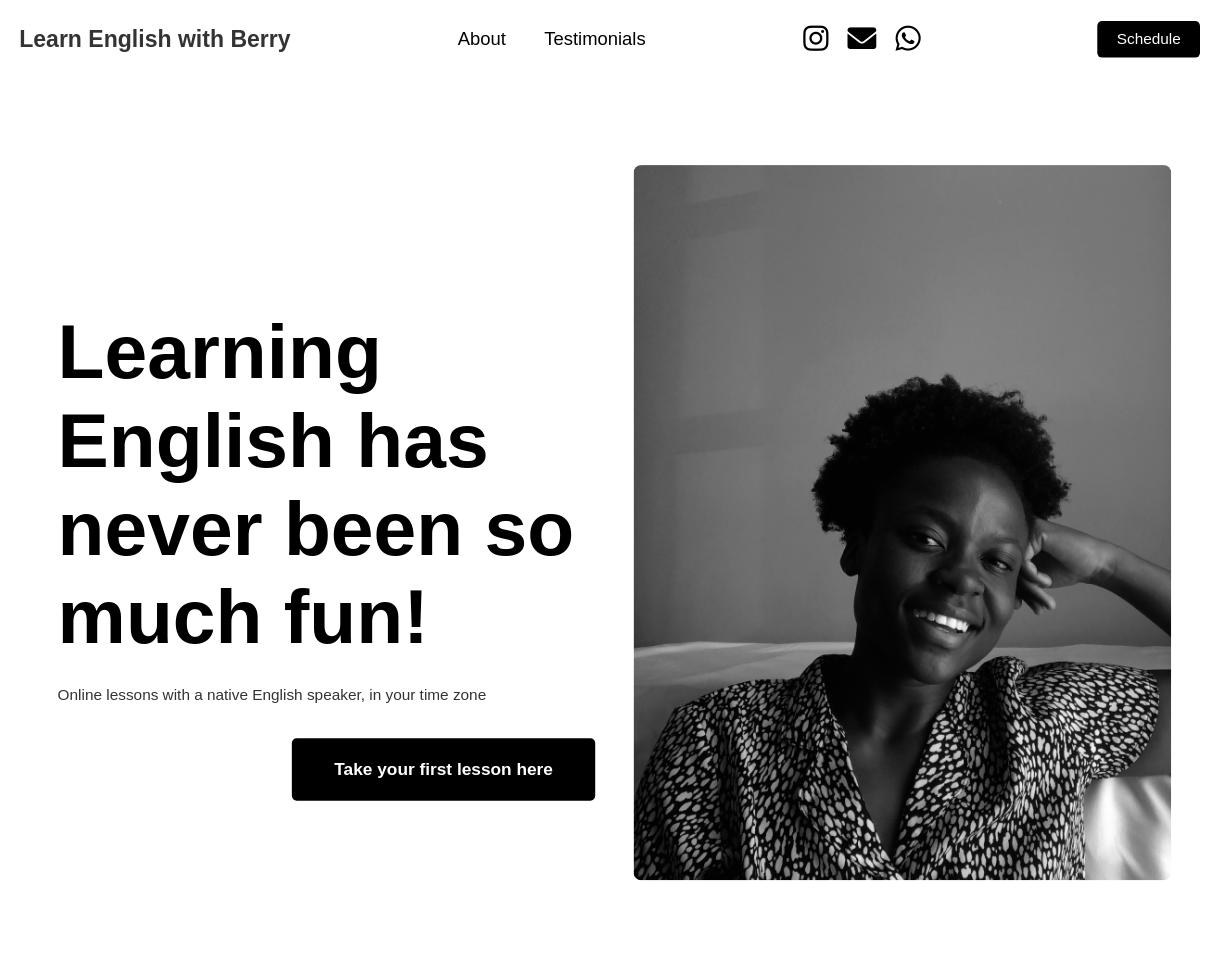
Repository: ntandomagana/esl-landing-page
Page: index.html
These files come from the project's save history. The page is drawn as it stood at one moment and after the next save; the edit follows.
The browser window is 1280 px wide. The pictures show the whole page, at 96% of full size.

Above is the page before, as saved 2024-07-17 13:42:05.

After the next save:
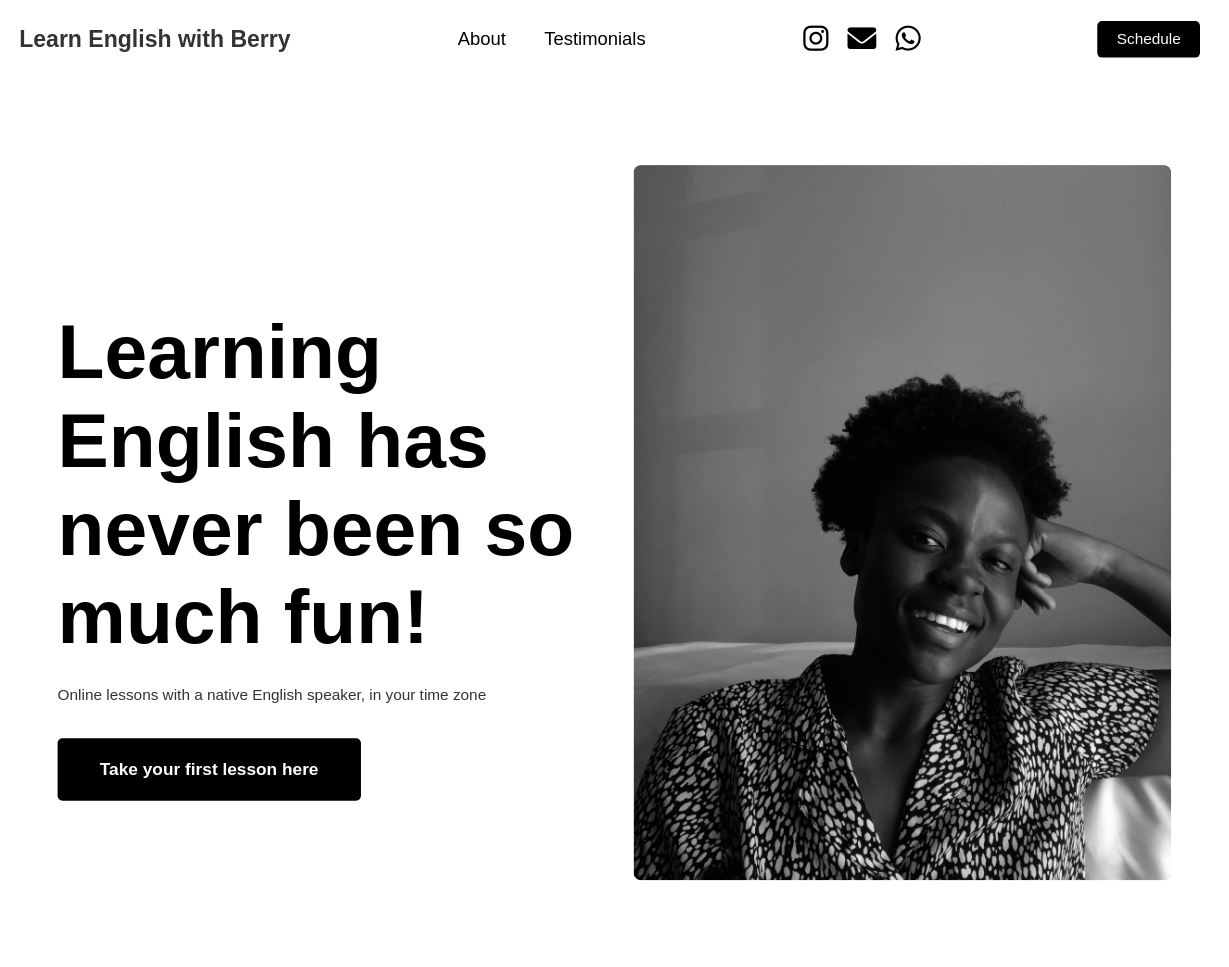
Saved 69 s later.
--- a/index.css
+++ b/index.css
@@ -112,7 +112,7 @@ nav ul li a:hover {
   display: flex;
   flex-direction: column;
   justify-content: center;
-  align-items: flex-end;
+  align-items: flex-start;
 }
 
 .left-content h2 {
